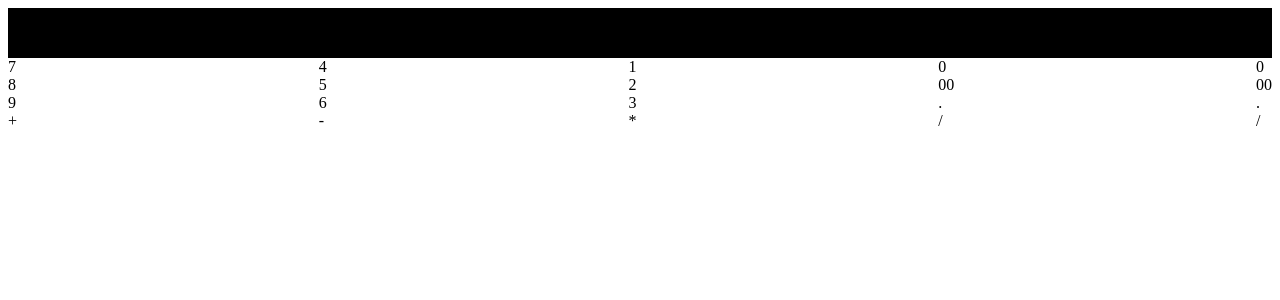
Repository: masa-rock/kadai_jquery_2
Page: index.html
The author's editor kept a record of every edit. The page is drawn from the files as they stood at one moment, then again after the next edit.
The browser window is 1280 px wide. The pictures show the whole page.
Some web libraries are served in a nearby version.

Above is the page before.

### index.html
    <!DOCTYPE html>
    <html lang="en">
      <head>
        <meta charset="utf-8">
        <script src="https://code.jquery.com/jquery-3.2.1.js" integrity="sha256-DZAnKJ/6XZ9si04Hgrsxu/8s717jcIzLy3oi35EouyE=" crossorigin="anonymous"></script>
        <link rel="stylesheet" href="style.css">
        <title>電卓</title>
      </head>

      <body>
        <div class="calculator_display"></div>
        <div class="calculator_command">
          <div class="calculator_command_1">
            <div class="com_7">7</div>
            <div class="com_8">8</div>
            <div class="com_9">9</div>
            <div class="com_addition">+</div>
          </div>
          <div class="calculator_command_2">
            <div class="com_4">4</div>
            <div class="com_5">5</div>
            <div class="com_6">6</div>
            <div class="com_subtraction">-</div>
          </div>
          <div class="calculator_command_3">
            <div class="com_1">1</div>
            <div class="com_2">2</div>
            <div class="com_3">3</div>
            <div class="com_multiply">*</div>
          </div>
          <div class="calculator_command_3">
            <div class="com_0">0</div>
            <div class="com_00">00</div>
            <div class="com_decimal_point">.</div>
            <div class="com_division">/</div>
          </div>
          <div class="calculator_command_4">
            <div class="com_0">0</div>
            <div class="com_00">00</div>
            <div class="com_decimal_point">.</div>
            <div class="com_division">/</div>
          </div>


        </div>


        <script src="main.js"></script>
      </body>
    </html>

### style.css
.calculator{
  width:500px;
}

.calculator_display{
  width:100%;
  height: 50px;
  background-color: #000;
  color:#fff;
}

.calculator_command{
  display: flex;
  justify-content:space-between;
}

.calculator_command div{

}

### main.js
$(document).ready(function(){

  let push_num = [];
  let result ="";
  let num_1 = "";
  var num_top="";


  $('.com').on('click',function(){
    push_num.push($(this).text());
    num_1 = push_num.join('');
    num_top = push_num[0];
    if (num_top == 0 || num_top == 00){
      $(".calculator_display").text(0);
    }else{
      $(".calculator_display").text(num_1);
    }
  });

  // 四則演算ボタン操作


  // ACボタン操作
  $('.com_ac').on('click',function(){
    push_num = [];
    num_1 = "";
    $(".calculator_display").text(0);
  });

  // equalボタン操作
  $('.com_equal').on('click',function() {
      result = eval(num_1);
      $(".calculator_display").text(result);
  });
});


// ○+△-□ができるようにする
// ++,*-など連続がないようにする。

After the next edit:
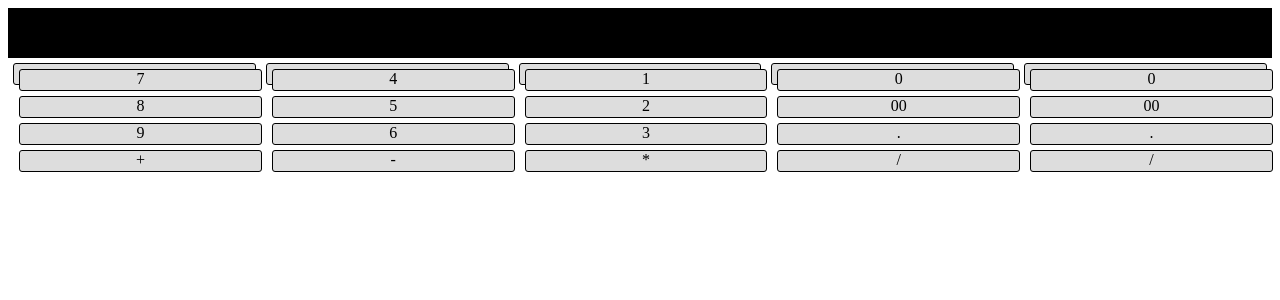
The edit:
--- a/style.css
+++ b/style.css
@@ -15,5 +15,12 @@
 }
 
 .calculator_command div{
+  width: 100%;
+  height:20px;
+  margin:5px;
+  background-color:#ddd;
+  border:solid 1px #000;
+  border-radius: 3px;
+  text-align: center;
 
 }
